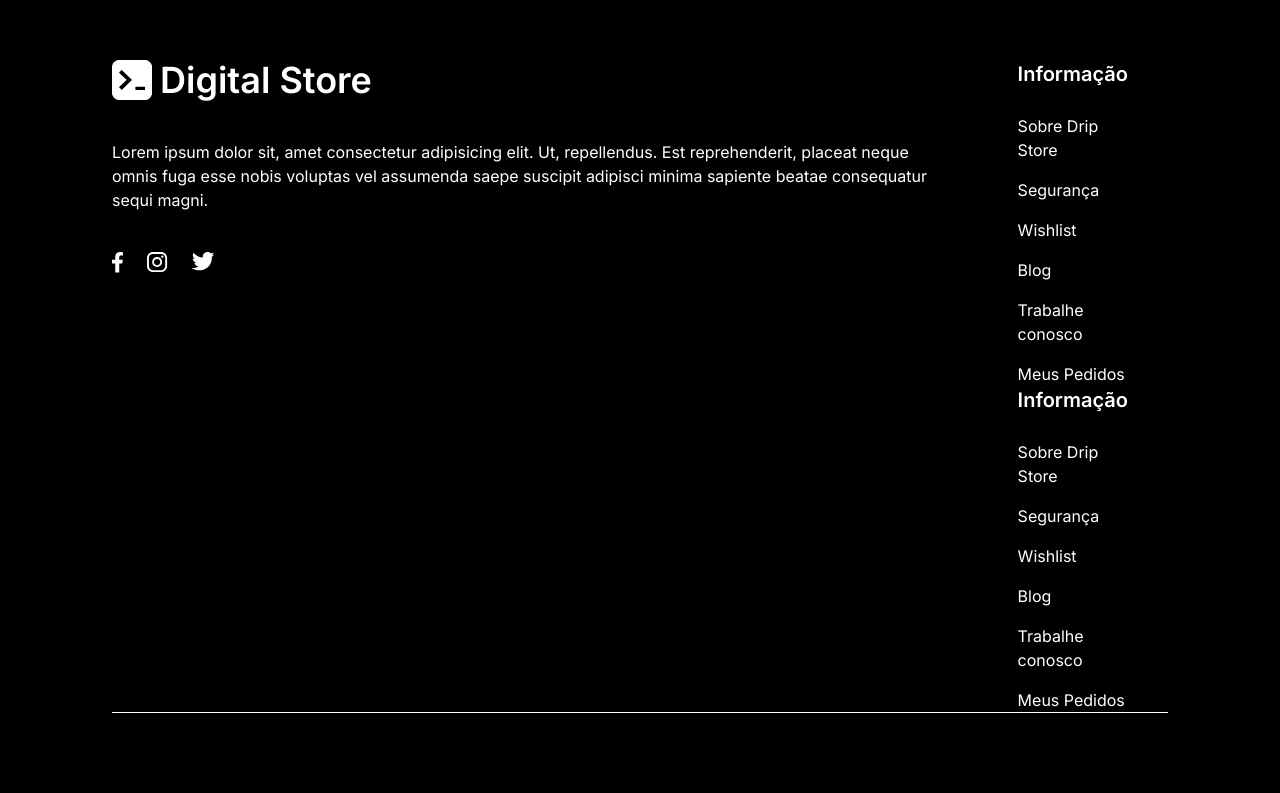
Repository: geracao-09/digital-store
Page: index.html
An editor plug-in stored every save of this project. The page is shown before and after the next save, followed by the edit.
The browser window is 1280 px wide. The pictures show the part of the page from y = 3410 to 4203 px (the page is 4203 px tall before and 4163 px after).
A picture or video elsewhere on the page could not be fetched, so the positions and the page height are approximate.

Above is the page before, as saved 2025-04-25 08:55:22.

### index.html
<!DOCTYPE html>
<html lang="pt-br">
<head>
    <meta charset="UTF-8">
    <meta name="viewport" content="width=device-width, initial-scale=1.0">
    <title>Digital Store</title>
    <link href="./style.css" rel="stylesheet">
    <script src="https://cdn.jsdelivr.net/npm/@tailwindcss/browser@4"></script>
    <link rel="shortcut icon" href="/assets/digital-logo.svg" type="image/x-icon">
</head>
<body>
<header class="flex flex-col gap-12 px-[108px] py-[38px]">
    <div class="flex items-center justify-between">
        <div class="flex gap-1">
            <img src="/assets/digital-logo.svg" alt="Logo da Digital Store">
            <h1 class="text-4xl text-(--primary-color) font-semibold">Digital Store</h1>
        </div>
        <input type="text" placeholder="Pesquisar produto..." class="bg-(--light-gray-3) py-2 px-3 rounded-lg ml-40 mr-14 bg-[url(/assets/icons/search.svg)] bg-no-repeat bg-right focus:placeholder-transparent w-[560px]" />
        <div>
            <a href="#" class="bg-(--primary-color) text-white rounded-lg px-7 py-3 font-bold text-sm">
                Entrar
            </a>
        </div>
        <div class="relative">
            <img src="/assets/icons/cart.svg" alt="Imagem de um carrinho de compras">
            <div class="flex justify-center items-center absolute bg-(--tertiary-color) text-white font-bold text-xs rounded-full w-[18px] h-[18px] bottom-[15px] left-3">
                2
            </div>
        </div>
    </div>
    </div>
    <nav class="pl-32">
        <ul class="flex gap-6 text-(--dark-gray-2)">
            <li class="hover:text-(--primary-color) hover:font-bold">
                <a href="#">
                Home
            </a>
        </li>
            <li class="hover:text-(--primary-color) hover:font-bold">
                <a href="#">
                Produtos
            </a>
        </li>
            <li class="hover:text-(--primary-color) hover:font-bold">
                <a href="#">
                Categorias
            </a>
        </li>
            <li class="hover:text-(--primary-color) hover:font-bold">
                <a href="#">
                Meus Pedidos
            </a>
        </li>
        </ul>
    </nav>
</header>
<main>
    <section class="flex px-[108px] bg-(--light-gray-3) py-[78px] h-[680px] relative">
        <div class="flex flex-col gap-5 w-[466px]">
            <p class="text-(--warning-color) font-bold">
                Melhores ofertas personalizadas
            </p>
            <h2 class="font-extrabold text-6xl">
                Queima de estoque Nike 🔥
            </h2>
            <p class="text-(--dark-gray-2) text-lg">
                Consequat culpa exercitation mollit nisi excepteur do do tempor laboris eiusmod irure consectetur.
            </p>
            <a href="#" class="flex items-center justify-center bg-(--primary-color) text-(--light-gray-3) font-bold w-[220px] h-[48px] rounded-lg">
                Ver Ofertas
            </a>
        </div>
        <img src="/assets/pictures/white-sneakers.svg" alt="Foto de um tenis branco" class="absolute right-28 bottom-8"/>
        <img src="/assets/ornaments/ornament.svg" alt="Firula do site - by wendell" class="absolute top-12 right-8">
    </section>
    <section class="flex flex-col gap-15 px-[108px] py-[42px]">
        <div class="flex flex-col gap-10">
            <h4 class="text-(--dark-gray-2) font-bold text-2xl">
                Coleções em destaque
            </h4>
            <ul class="grid grid-cols-3 gap-3.5 h-68">
                <li  class="flex bg-[#D8E3F2] pl-8 pt-8 rounded-md relative bg-[url(/assets/pictures/star-wars-shirt-pic.svg)] bg-no-repeat bg-bottom-right">
                    <div class="w-1/2 z-10">
                    <p class="bg-[#E7FF86] rounded-4xl font-bold text-(--dark-gray-2) w-[96px] text-center py-1.5 text-sm">
                        30% OFF
                    </p>
                    <h5 class="font-bold text-(--dark-gray) text-4xl mt-2.5 mb-8">
                        Novo drop Supreme
                    </h5>
                    <a href="#" class="text-(--primary-color) bg-white rounded-xl font-bold px-12 py-4.5">
                        Comprar
                    </a>
                </div>
                </li>
                <li  class="flex bg-[#D8E3F2] pl-8 pt-8 rounded-md relative bg-[url(/assets/pictures/sneaks-pic.svg)] bg-no-repeat bg-bottom-right">
                    <div class="w-1/2 z-10">
                    <p class="bg-[#E7FF86] rounded-4xl font-bold text-(--dark-gray-2) w-[96px] text-center py-1.5 text-sm">
                        30% OFF
                    </p>
                    <h5 class="font-bold text-(--dark-gray) text-4xl mt-2.5 mb-8">
                        Coleção Adidas
                    </h5>
                    <a href="#" class="text-(--primary-color) bg-white rounded-xl font-bold px-12 py-4.5">
                        Comprar
                    </a>
                </div>
                </li>
                <li  class="flex bg-[#D8E3F2] pl-8 pt-8 rounded-md relative bg-[url(/assets/pictures/headphone-pic.svg)] bg-no-repeat bg-bottom-right">
                    <div class="w-1/2 z-10">
                    <p class="bg-[#E7FF86] rounded-4xl font-bold text-(--dark-gray-2) w-[96px] text-center py-1.5 text-sm">
                        30% OFF
                    </p>
                    <h5 class="font-bold text-(--dark-gray) text-4xl mt-2.5 mb-8">
                        Novo<br> Beats Bass
                    </h5>
                    <a href="#" class="text-(--primary-color) bg-white rounded-xl font-bold px-12 py-4.5">
                        Comprar
                    </a>
                </div>
                </li>
            </ul>
        </div>
        <div class="bg-[url(/assets/icons/house-border.svg)] bg-no-repeat bg-center object-contain flex flex-col items-center gap-5 pt-5.5 h-[318px]">
            <h1 class="font-bold text-2xl text-(--dark-gray-2)">
                Coleções em destaque
            </h1>
            <ul class="flex gap-8">
                <li><a href="#">
                    <div class="bg-[url(/assets/icons/t-shirt.svg)] w-[104px] h-[104px] bg-white bg-no-repeat bg-center rounded-full"></div>
                    <p class="font-bold text-sm text-(--dark-gray-2) text-center">Camisetas</p>
                </a></li>
                <li><a href="#">
                    <div class="bg-[url(/assets/icons/pants.svg)] w-[104px] h-[104px] bg-white bg-no-repeat bg-center rounded-full"></div>
                    <p class="font-bold text-sm text-(--dark-gray-2) text-center">Calças</p>
                </a></li>
                <li><a href="#">
                    <div class="bg-[url(/assets/icons/cap.svg)] w-[104px] h-[104px] bg-white bg-no-repeat bg-center rounded-full"></div>
                    <p class="font-bold text-sm text-(--dark-gray-2) text-center">Bonés</p>
                </a></li>
                <li><a href="#">
                    <div class="bg-[url(/assets/icons/headphones.svg)] w-[104px] h-[104px] bg-white bg-no-repeat bg-center rounded-full"></div>
                    <p class="font-bold text-sm text-(--dark-gray-2) text-center">Headphones</p>
                </a></li>
                <li><a href="#">
                    <div class="bg-[url(/assets/icons/sneakers.svg)] w-[104px] h-[104px] bg-white bg-no-repeat bg-center rounded-full"></div>
                    <p class="font-bold text-sm text-(--dark-gray-2) text-center">Tênis</p>
                </a></li>
            </ul>
        </div>
    </section>
    <section class="px-[108px]">
        <div class="flex justify-between mb-5">
            <h4 class="text-(--dark-gray-2) font-bold text-2xl">
                Produtos em  alta
            </h4>
            <div class="flex gap-2 items-center">
                <a href="#" class="text-(--primary-color) text-[18px]">
                    Ver todos
                </a>
                <img src="/assets/ornaments/arrow-right.svg" alt="Flecha apontando pra direita" class="w-[24px]">
            </div>
        </div>
        <ul class="grid grid-cols-4">
            <li class="mb-5">
            <div class="bg-[url(/assets/pictures/sneaks-pic2.svg)] w-[292px] h-[320px] bg-white bg-no-repeat bg-center relative">
                <div class="flex justify-center items-center bg-[#E7FF86] font-bold text-sm h-[32px] w-[96px] rounded-4xl absolute left-5 top-5">50% off</div>
            </div>
                <div>
                    <p class="text-xs text-(--light-gray) font-bold">
                        Tênis
                    </p>
                    <h5 class="text-2xl text-(--dark-gray-2)">
                        K-Swiss V8 - Masculino
                    </h5>
                    <div class="flex gap-2">
                    <h5 class="text-(--light-gray) line-through text-2xl">
                        $200
                    </h5>
                    <h5 class="font-bold text-2xl">
                        $100
                    </h5>
                </div>
            </div>
            </li>
            <li class="mb-5">
            <div class="bg-[url(/assets/pictures/sneaks-pic2.svg)] w-[292px] h-[320px] bg-white bg-no-repeat bg-center relative">
                <div class="flex justify-center items-center bg-[#E7FF86] font-bold text-sm h-[32px] w-[96px] rounded-4xl absolute left-5 top-5">50% off</div>
            </div>
                <div>
                    <p class="text-xs text-(--light-gray) font-bold">
                        Tênis
                    </p>
                    <h5 class="text-2xl text-(--dark-gray-2)">
                        K-Swiss V8 - Masculino
                    </h5>
                    <div class="flex gap-2">
                    <h5 class="text-(--light-gray) line-through text-2xl">
                        $200
                    </h5>
                    <h5 class="font-bold text-2xl">
                        $100
                    </h5>
                </div>
            </div>
            </li>
            <li class="mb-5">
            <div class="bg-[url(/assets/pictures/sneaks-pic2.svg)] w-[292px] h-[320px] bg-white bg-no-repeat bg-center relative">
            </div>
                <div>
                    <p class="text-xs text-(--light-gray) font-bold">
                        Tênis
                    </p>
                    <h5 class="text-2xl text-(--dark-gray-2)">
                        K-Swiss V8 - Masculino
                    </h5>
                    <h5 class="font-bold text-2xl">
                        $100
                    </h5>
            </div>
            </li>
            <li class="mb-5">
            <div class="bg-[url(/assets/pictures/sneaks-pic2.svg)] w-[292px] h-[320px] bg-white bg-no-repeat bg-center relative">
            </div>
                <div>
                    <p class="text-xs text-(--light-gray) font-bold">
                        Tênis
                    </p>
                    <h5 class="text-2xl text-(--dark-gray-2)">
                        K-Swiss V8 - Masculino
                    </h5>
                    <h5 class="font-bold text-2xl">
                        $100
                    </h5>
            </div>
            </li>
            <li class="mb-5">
            <div class="bg-[url(/assets/pictures/sneaks-pic2.svg)] w-[292px] h-[320px] bg-white bg-no-repeat bg-center relative">
            </div>
                <div>
                    <p class="text-xs text-(--light-gray) font-bold">
                        Tênis
                    </p>
                    <h5 class="text-2xl text-(--dark-gray-2)">
                        K-Swiss V8 - Masculino
                    </h5>
                    <h5 class="font-bold text-2xl">
                        $100
                    </h5>
            </div>
            </li>
            <li class="mb-5">
            <div class="bg-[url(/assets/pictures/sneaks-pic2.svg)] w-[292px] h-[320px] bg-white bg-no-repeat bg-center relative">
            </div>
                <div>
                    <p class="text-xs text-(--light-gray) font-bold">
                        Tênis
                    </p>
                    <h5 class="text-2xl text-(--dark-gray-2)">
                        K-Swiss V8 - Masculino
                    </h5>
                    <h5 class="font-bold text-2xl">
                        $100
                    </h5>
            </div>
            </li>
            <li class="mb-5">
            <div class="bg-[url(/assets/pictures/sneaks-pic2.svg)] w-[292px] h-[320px] bg-white bg-no-repeat bg-center relative">
            </div>
                <div>
                    <p class="text-xs text-(--light-gray) font-bold">
                        Tênis
                    </p>
                    <h5 class="text-2xl text-(--dark-gray-2)">
                        K-Swiss V8 - Masculino
                    </h5>
                    <h5 class="font-bold text-2xl">
                        $100
                    </h5>
            </div>
            </li>
            <li class="mb-5">
            <div class="bg-[url(/assets/pictures/sneaks-pic2.svg)] w-[292px] h-[320px] bg-white bg-no-repeat bg-center relative">
            </div>
                <div>
                    <p class="text-xs text-(--light-gray) font-bold">
                        Tênis
                    </p>
                    <h5 class="text-2xl text-(--dark-gray-2)">
                        K-Swiss V8 - Masculino
                    </h5>
                    <h5 class="font-bold text-2xl">
                        $100
                    </h5>
            </div>
            </li>

        </ul>
    </section>
    <section class="flex justify-center items-center bg-white py-20 px-18 gap-28">
        <div>
            <div class="w-[456px] h-[456px] bg-linear-(--secondary-gradient) rounded-full  relative">
                <img src="/assets/pictures/ei-jordao.svg" alt="" class="w-[574px] absolute top-[12%] right-[12%] scale-135">
            </div>
        </div>
        <div class="flex flex-col gap-4 w-[40%]">
            <p class="text-sm text-(--primary-color) font-bold">
                Oferta especial
            </p>
            <h2 class="font-bold text-(--dark-gray-2) text-5xl">
                Air Jordan edição de colecionador
            </h2>
            <p class="text-(--dark-gray-2)">
                Lorem ipsum dolor sit amet, consectetur adipiscing elit, sed do eiusmod tempor incididunt ut labore et dolore magna aliqua. Ut enim ad minim veniam, quis nostrud exercitation ullamco laboris nisi ut aliquip
            </p>
            <a href="#" class="flex items-center justify-center bg-(--primary-color) text-(--light-gray-3) font-bold w-[220px] h-[48px] rounded-lg mt-6">
                Ver Ofertas
            </a>
        </div>
    </section>
</main>
<footer class="bg-black text-white py-20 px-28">
    <div class="flex gap-10">
        <div  class="flex flex-col gap-10 mr-6">
            <div class="flex gap-2">
                <img src="/assets/white-logo.svg" alt="Logo da Digital em branco">
                <h4 class="font-semibold text-4xl">Digital Store</h4>
            </div>
        <div>
            <p>Lorem ipsum dolor sit, amet consectetur adipisicing elit. Ut, repellendus. Est reprehenderit, placeat neque omnis fuga esse nobis voluptas vel assumenda saepe suscipit adipisci minima sapiente beatae consequatur sequi magni.</p>
        </div>
        <div>
            <ul class="flex gap-6">
                <li><img src="/assets/icons/facebook.svg" alt="logo da facebook"></li>
                <li><img src="/assets/icons/instagram.svg" alt="logo do instagram"></li>
                <li><img src="/assets/icons/twitter.svg" alt="logo da twitter, vulgo, X"></li>
            </ul>
        </div>
    </div>
        <div>
            <ul class="flex flex-col gap-4 list-none">
                <li class="font-semibold text-xl mb-2.5">Informação</li>
                <li><a href="#">
                    Sobre Drip Store
                </a></li>
                <li><a href="#">
                    Segurança
                </a></li>
                <li><a href="#">
                    Wishlist
                </a></li>
                <li><a href="#">
                    Blog
                </a></li>
                <li><a href="#">
                    Trabalhe conosco
                </a></li>
                <li><a href="#">
                    Meus Pedidos
                </a></li>
            </ul>
            <ul class="flex flex-col gap-4 list-none">
                <li class="font-semibold text-xl mb-2.5">Informação</li>
                <li><a href="#">
                    Sobre Drip Store
                </a></li>
                <li><a href="#">
                    Segurança
                </a></li>
                <li><a href="#">
                    Wishlist
                </a></li>
                <li><a href="#">
                    Blog
                </a></li>
                <li><a href="#">
                    Trabalhe conosco
                </a></li>
                <li><a href="#">
                    Meus Pedidos
                </a></li>
            </ul>
        </div>
        <div>
            <h6></h6>
            <p></p>
            <p></p>
        </div>
    </div>
    <hr>
    <div>

    </div>
</footer>
</body>
</html>

### style.css
@import url('https://fonts.googleapis.com/css2?family=Inter:ital,opsz,wght@0,14..32,100..900;1,14..32,100..900&display=swap');

:root {
    --dark-gray: #1F1F1F;
    --dark-gray-2: #474747;
    --dark-gray-3: #666666;
    --light-gray: #8F8F8F;
    --light-gray-2: #CCCCCC;
    --light-gray-3: #F5F5F5;
    --white: #FFFFFF;
    --primary-color: #C92071;
    --secondary-color: #B5B6F2;
    --tertiary-color: #991956;
    --error-color: #EE4266;
    --success-color: #52CA76;
    --warning-color: #F6AA1C;
    --primary-gradient: 180deg,#C92071, #EDABCA;
    --secondary-gradient: 180deg, #B5B6F2, #EFEFFF;
}

* {
    font-family: "Inter", sans-serif;
    box-sizing: border-box;
}

main {
    background-color: #F9F8FE;
}

### assets/icons/instagram.svg
<svg width="21" height="21" viewBox="0 0 21 21" fill="none" xmlns="http://www.w3.org/2000/svg">
<path d="M15.3772 3.59082C15.0646 3.59082 14.7647 3.71504 14.5436 3.93614C14.3225 4.15725 14.1982 4.45713 14.1982 4.76982C14.1981 4.92473 14.2285 5.07815 14.2877 5.22131C14.3469 5.36447 14.4337 5.49456 14.5432 5.60415C14.6527 5.71373 14.7827 5.80066 14.9258 5.85998C15.0689 5.91929 15.2223 5.94982 15.3772 5.94982C15.6899 5.94982 15.9898 5.82561 16.2109 5.6045C16.432 5.38339 16.5562 5.08351 16.5562 4.77082C16.5564 4.61591 16.526 4.46249 16.4668 4.31933C16.4076 4.17617 16.3208 4.04608 16.2113 3.93649C16.1018 3.82691 15.9718 3.73997 15.8287 3.68066C15.6856 3.62135 15.5322 3.59082 15.3772 3.59082Z" fill="white"/>
<path d="M10.1361 5.10303C8.82331 5.10435 7.56467 5.62637 6.63631 6.55454C5.70794 7.48272 5.18567 8.74126 5.18408 10.054C5.18567 11.3669 5.70791 12.6255 6.63625 13.5539C7.56458 14.4822 8.82322 15.0044 10.1361 15.006C11.449 15.0044 12.7076 14.4822 13.6359 13.5539C14.5643 12.6255 15.0865 11.3669 15.0881 10.054C15.0865 8.74126 14.5642 7.48272 13.6359 6.55454C12.7075 5.62637 11.4489 5.10435 10.1361 5.10303ZM10.1361 13.226C9.29489 13.2252 8.48838 12.8906 7.89366 12.2957C7.29894 11.7008 6.96461 10.8942 6.96408 10.053C6.96488 9.21201 7.29933 8.40566 7.89402 7.81096C8.48871 7.21627 9.29506 6.88182 10.1361 6.88103C10.9771 6.88182 11.7835 7.21627 12.3782 7.81096C12.9728 8.40566 13.3073 9.21201 13.3081 10.053C13.3076 10.8942 12.9732 11.7008 12.3785 12.2957C11.7838 12.8906 10.9773 13.2252 10.1361 13.226Z" fill="white"/>
<path d="M14.0681 20.108H6.03607C4.43499 20.1061 2.90003 19.4693 1.7679 18.3371C0.635768 17.205 -0.00107705 15.67 -0.00292969 14.069V6.04098C-0.00134169 4.43973 0.635388 2.90451 1.76755 1.77216C2.89971 0.639813 4.43482 0.00282968 6.03607 0.000976562H14.0641C15.6651 0.0028292 17.2001 0.639674 18.3322 1.7718C19.4644 2.90394 20.1012 4.4389 20.1031 6.03998V14.068C20.1015 15.6685 19.4653 17.2031 18.334 18.3354C17.2027 19.4676 15.6686 20.1051 14.0681 20.108ZM6.03607 1.89297C4.93662 1.8943 3.88259 2.33164 3.10516 3.10907C2.32773 3.88649 1.8904 4.94053 1.88907 6.03998V14.068C1.88881 15.1685 2.32544 16.224 3.10304 17.0028C3.88064 17.7815 4.93558 18.2197 6.03607 18.221H14.0641C15.1638 18.2199 16.2182 17.7827 16.996 17.0053C17.7738 16.2279 18.2115 15.1737 18.2131 14.074V6.04597C18.2115 4.94626 17.7738 3.89208 16.996 3.11465C16.2182 2.33722 15.1638 1.90003 14.0641 1.89898L6.03607 1.89297Z" fill="white"/>
</svg>

### assets/icons/pants.svg
<svg width="64" height="64" viewBox="0 0 64 64" fill="none" xmlns="http://www.w3.org/2000/svg">
<path d="M20.3125 0.149998C19.7875 0.450001 19.7625 0.612499 19.75 2.9125V5.125L13.3625 32.25C9.41247 49.075 6.99997 59.55 7.02497 59.8375C7.04997 60.15 7.16247 60.3625 7.37497 60.525C7.69997 60.7625 18.2875 64 18.7375 64C18.875 64 19.125 63.875 19.3 63.7125C19.525 63.525 21.775 58.3875 27.075 46C31.1875 36.4125 34.575 28.525 34.6125 28.475C34.6875 28.3875 39.375 39.175 39.375 39.4125C39.375 39.4625 38.225 39.5 36.8125 39.5C34.25 39.5 34.2375 39.5 33.9375 39.8125L33.625 40.1125V45.3V50.4875L33.9125 50.8125C34.1625 51.1 34.625 51.2125 39.7875 52.25C43.6875 53.025 45.4625 53.3375 45.6625 53.2625C45.8125 53.2 48.3875 50.95 51.375 48.2625C55.8 44.2875 56.8375 43.2875 56.975 42.9125C57.1 42.5625 57.125 41.8375 57.1 40.25L57.05 38.0625L53.375 21.9375L49.7 5.8125L49.6375 3.2125L49.5625 0.599998L49.2125 0.299999L48.8625 0H34.7125C24.3 0.0125008 20.5 0.0499992 20.3125 0.149998ZM26.125 3.1875V4.25H24H21.875V3.1875V2.125H24H26.125V3.1875ZM31.5 3.1875V4.25H29.875H28.25V3.1875V2.125H29.875H31.5V3.1875ZM35.75 3.1875V4.25H34.6875H33.625V3.1875V2.125H34.6875H35.75V3.1875ZM41.1 3.2125L41.1375 4.25H39.5H37.875V3.1875V2.1125L39.475 2.15L41.0625 2.1875L41.1 3.2125ZM47.5 3.1875V4.25H45.375H43.25V3.1875V2.125H45.375H47.5V3.1875ZM26.125 7.775C26.125 9.4375 25.875 10.1375 25.025 10.9C24.3125 11.5375 23.5125 11.75 21.7875 11.75C20.4875 11.75 20.3625 11.725 20.425 11.525C20.5 11.3 21.625 6.5 21.625 6.425C21.625 6.4 22.6375 6.375 23.875 6.375H26.125V7.775ZM33.625 15.8375V25.3125L25.8625 43.4375C21.5875 53.4 18.0875 61.575 18.075 61.5875C18.0375 61.6375 9.59997 59.125 9.42497 59.0125C9.32497 58.9625 10.9625 51.8 14.575 36.4375C17.4875 24.0625 19.875 13.925 19.875 13.9C19.875 13.8875 20.625 13.875 21.55 13.875C24.225 13.875 25.3125 13.55 26.575 12.35C27.8 11.1875 28.25 9.95 28.25 7.6875V6.375H30.9375H33.625V15.8375ZM37.875 14.6625V22.95L37.225 23.4375C36.8625 23.7 36.375 24.05 36.1625 24.225L35.75 24.525V15.45V6.375H36.8125H37.875V14.6625ZM41.1375 8.125C41.225 10.0625 41.325 10.4625 42 11.4625C42.5625 12.3125 43.2375 12.9 44.1625 13.325C45.1 13.75 45.925 13.875 47.7625 13.875C49.325 13.875 49.375 13.8875 49.4375 14.15C50.875 20.25 54.875 38.425 54.875 38.875V39.5H48.325H41.775L39.075 33.2C37.5875 29.7375 36.375 26.85 36.375 26.7875C36.3875 26.7375 37.1125 26.15 37.9875 25.5C38.875 24.85 39.6875 24.1625 39.8 23.975C39.975 23.6875 40 22.6875 40 15V6.3625L40.5375 6.4L41.0625 6.4375L41.1375 8.125ZM48.275 9C48.6 10.4125 48.8625 11.6125 48.8625 11.675C48.875 11.725 48.125 11.7625 47.225 11.725C45.675 11.6875 45.5125 11.65 44.9 11.325C43.625 10.625 43.25 9.825 43.25 7.8125V6.375L45.4625 6.4L47.6875 6.4375L48.275 9ZM54.875 41.9375C54.875 42.1875 53.9125 43.1125 49.95 46.6875L45.025 51.125L40.6625 50.25C38.275 49.775 36.1875 49.35 36.0375 49.3125L35.75 49.25V45.4375V41.625H45.3125H54.875V41.9375Z" fill="#8F8F8F"/>
</svg>

Loaded but not shown: assets/icons/headphones.svg (8 lines, source omitted)

After the next save:
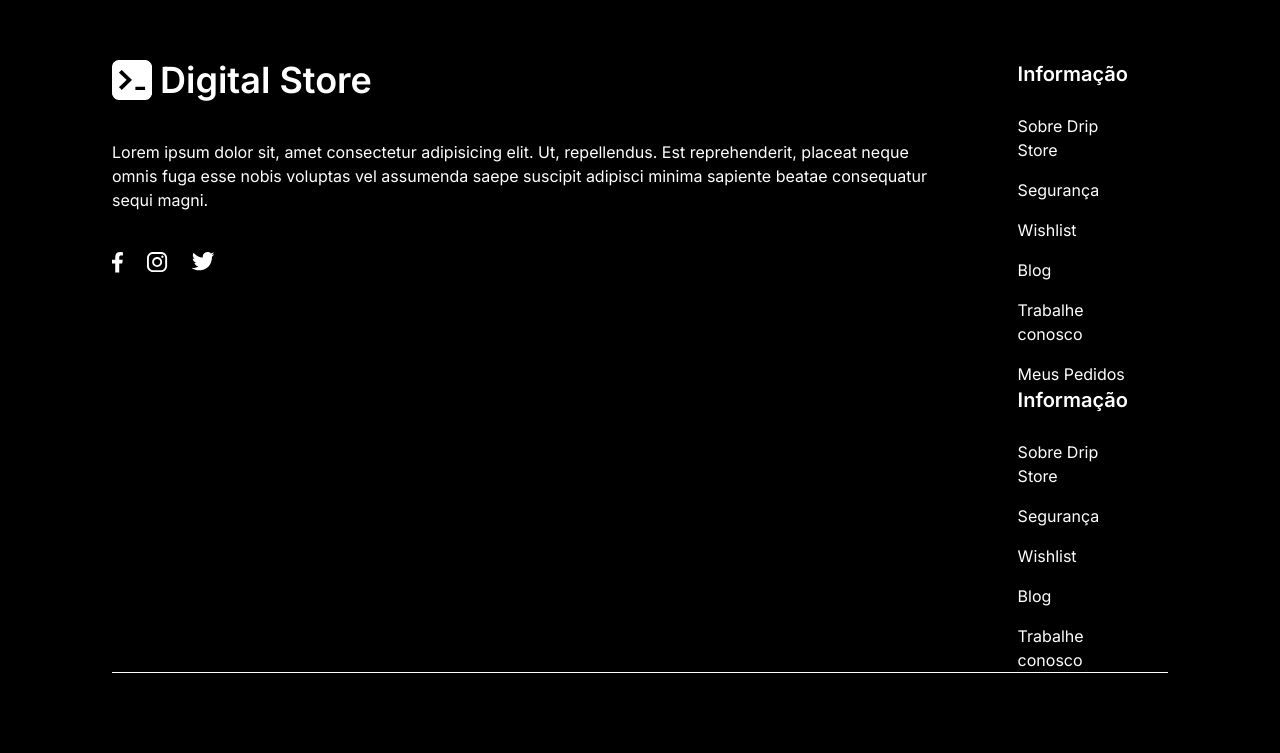
Saved 6 s later.
--- a/index.html
+++ b/index.html
@@ -375,9 +375,6 @@
                 <li><a href="#">
                     Trabalhe conosco
                 </a></li>
-                <li><a href="#">
-                    Meus Pedidos
-                </a></li>
             </ul>
         </div>
         <div>
